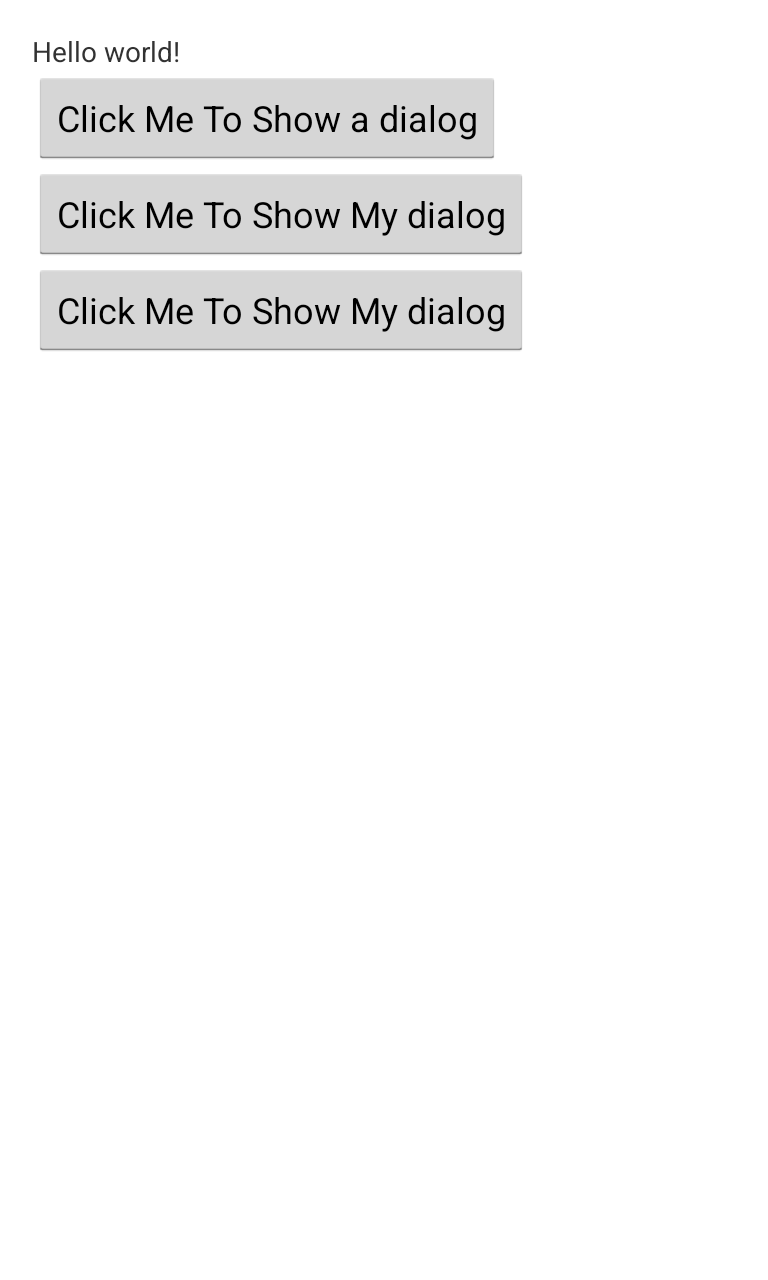
Repository: libelosophy/anjoyo
Layout: workspace/DialogDemo/res/layout/activity_dialog_demo.xml
An editor plug-in stored every save of this project. The layout is shown before and after the next save, followed by the edit.
It is drawn on a 768 x 1280 px phone screen (xhdpi) without system bars, with theme AppTheme; the app's code is not run.

Above is the layout before, as saved 2013-09-12 01:54:40.

### workspace/DialogDemo/res/layout/activity_dialog_demo.xml
<RelativeLayout xmlns:android="http://schemas.android.com/apk/res/android"
    xmlns:tools="http://schemas.android.com/tools"
    android:layout_width="match_parent"
    android:layout_height="match_parent"
    android:paddingBottom="@dimen/activity_vertical_margin"
    android:paddingLeft="@dimen/activity_horizontal_margin"
    android:paddingRight="@dimen/activity_horizontal_margin"
    android:paddingTop="@dimen/activity_vertical_margin"
    tools:context=".DialogDemo" >

    <TextView
        android:id="@+id/hello"
        android:layout_width="wrap_content"
        android:layout_height="wrap_content"
        android:text="@string/hello_world" />


    <Button
        android:id="@+id/dialog_trigger_btn"
        android:layout_height="wrap_content"
        android:layout_width="wrap_content"
        android:text="@string/dialog_trigger_tips"
        android:layout_below="@id/hello"
         android:onClick="onClick"
        />
     <Button
        android:id="@+id/mydialog_trigger_btn"
        android:layout_height="wrap_content"
        android:layout_width="wrap_content"
        android:text="@string/mydialog_trigger_tips"
        android:layout_below="@id/dialog_trigger_btn"
        android:onClick="onClick"
        />
      <Button
        android:id="@+id/progress_trigger_btn"
        android:layout_height="wrap_content"
        android:layout_width="wrap_content"
        android:text="@string/progress_trigger_tips"
        android:layout_below="@id/mydialog_trigger_btn"
        android:onClick="onClick"
        />

</RelativeLayout>

### workspace/DialogDemo/res/values/strings.xml
<?xml version="1.0" encoding="utf-8"?>
<resources>

    <string name="app_name">DialogDemo</string>
    <string name="action_settings">Settings</string>
    <string name="hello_world">Hello world!</string>


    <string name ="dialog_trigger_tips">Click Me To Show a dialog</string>
	<string name ="mydialog_trigger_tips">Click Me To Show My dialog</string>
    <string name ="progress_trigger_tips">Click Me To Show My dialog</string>

</resources>

Loaded but not shown: workspace/DialogDemo/res/values/styles.xml (common file); workspace/DialogDemo/res/values-v11/styles.xml (common file); workspace/DialogDemo/res/values-v14/styles.xml (common file); workspace/DialogDemo/res/values/dimens.xml (common file)

After the next save:
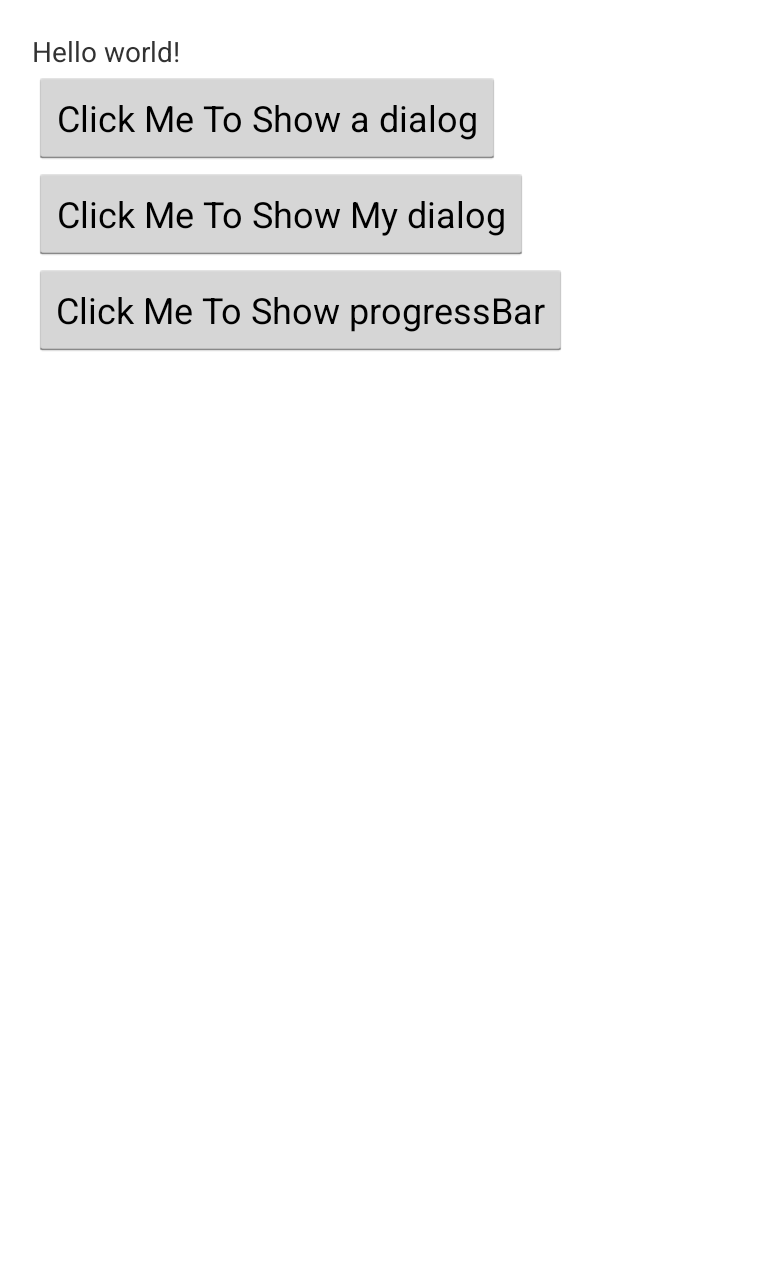
Saved 14 s later.
--- a/workspace/DialogDemo/res/values/strings.xml
+++ b/workspace/DialogDemo/res/values/strings.xml
@@ -8,6 +8,6 @@
 
     <string name ="dialog_trigger_tips">Click Me To Show a dialog</string>
 	<string name ="mydialog_trigger_tips">Click Me To Show My dialog</string>
-    <string name ="progress_trigger_tips">Click Me To Show My dialog</string>
+    <string name ="progress_trigger_tips">Click Me To Show progressBar</string>
 
 </resources>
